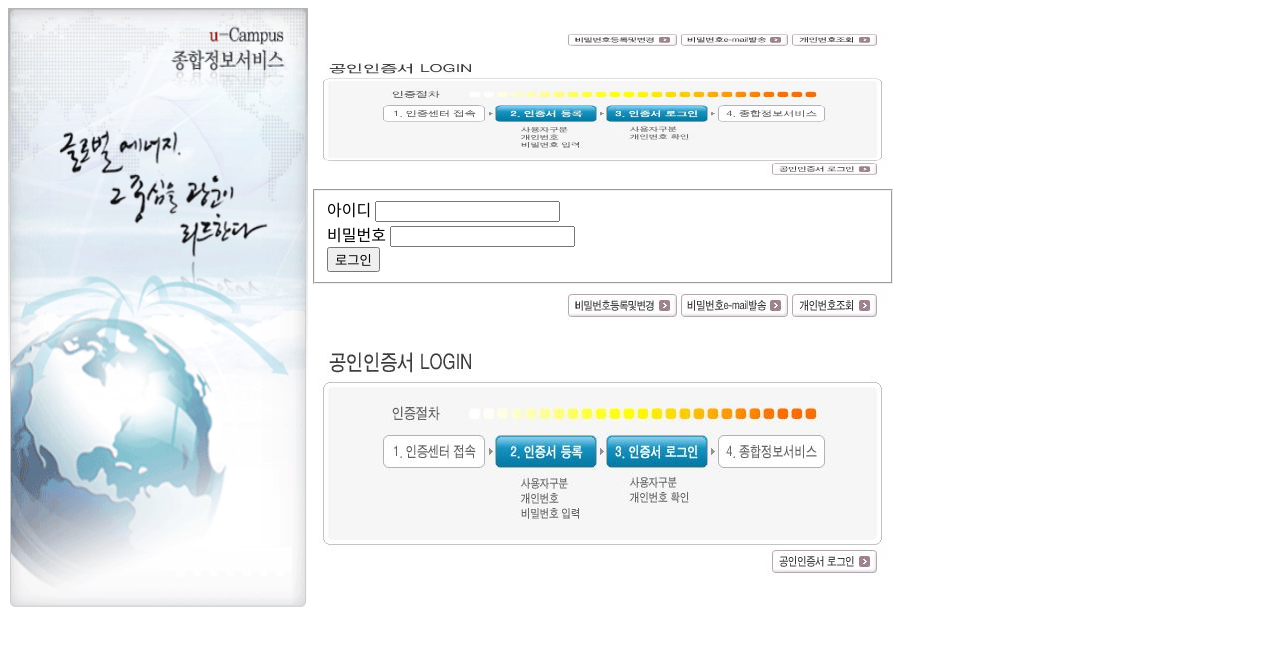
Repository: jungmintaeng/mini-ucampus
Page: ucam/WebContent/Login.html
These files come from the project's save history. The page is drawn as it stood at one moment and after the next save; the edit follows.
The browser window is 1280 px wide. The pictures show the whole page.

Above is the page before, as saved 2016-06-11 00:56:17.

After the next save:
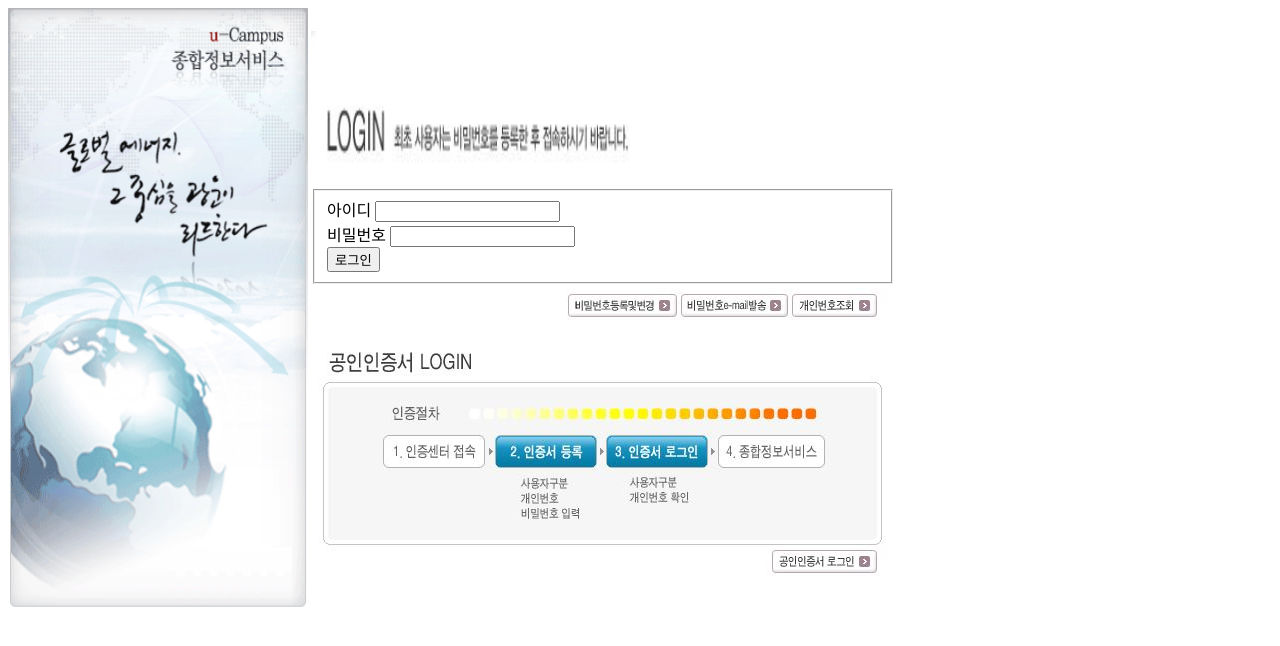
Saved 10 s later.
--- a/ucam/WebContent/Login.html
+++ b/ucam/WebContent/Login.html
@@ -15,7 +15,7 @@
 <table>
    <tr>
    <td align="left"><font size="2"><img
-src="images\loginfake.jpg" width ="584" height="150" border ="0">
+src="images\loginTop.jpg" width ="584" height="150" border ="0">
 </font>
 </td>
 </tr>
